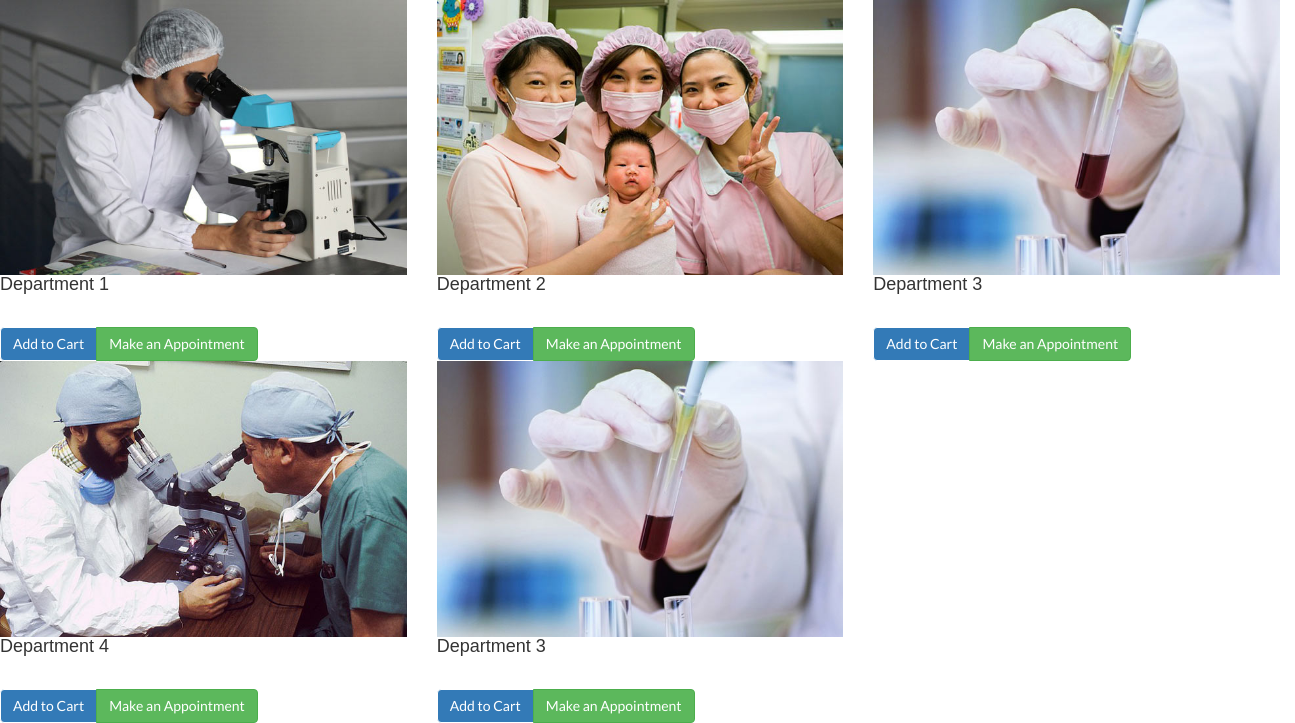
Repository: 72-faisal/work_to_do
Page: http://localhost/Khajina_Doctor/Department-home.jsp
An editor plug-in stored every save of this project. The page is shown before and after the next save, followed by the edit.
The browser window is 1280 px wide. The page is 1295 px wide, so the pictures cover 1295 px, including what lies to the right of the window. The pictures show the whole page.
Some web fonts or font styles are not loaded; a fallback is used. The page is served by Tomcat 9.

Above is the page before, as saved 2023-04-15 19:35:22.

After the next save:
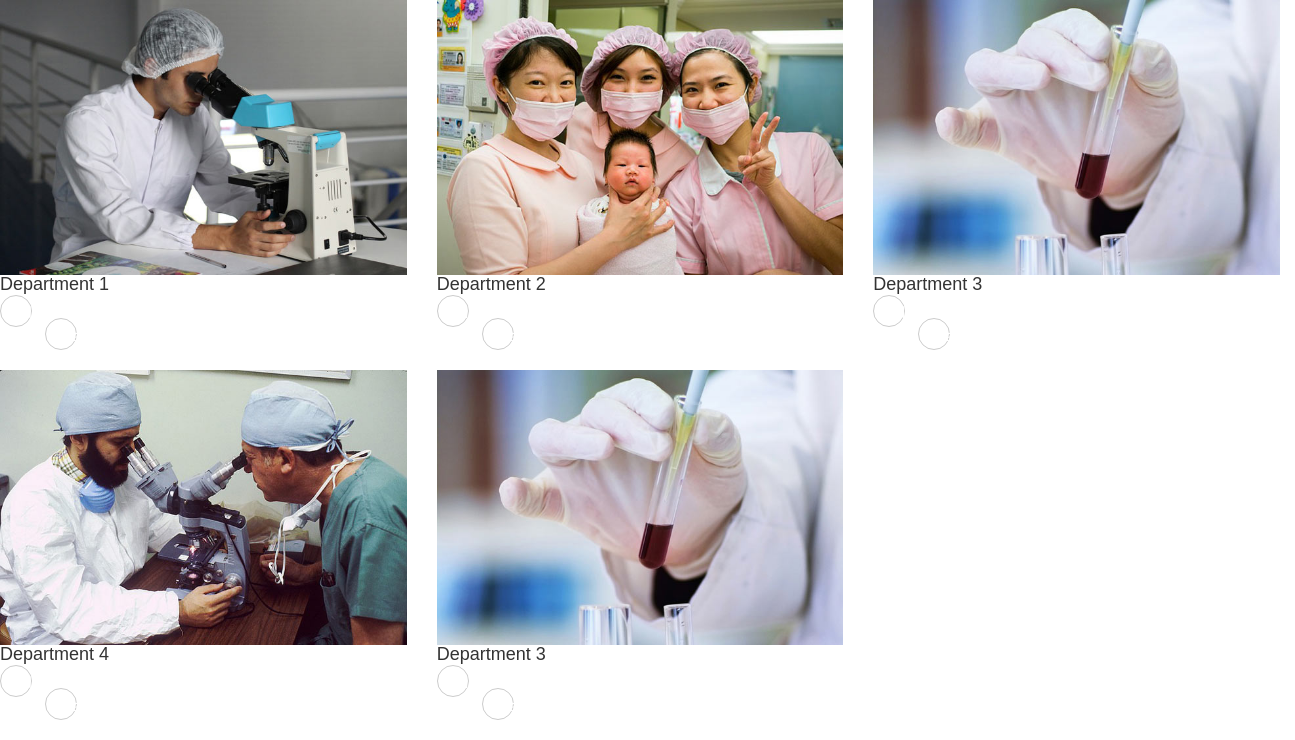
Saved 2 min 57 s later.
--- a/Khajina_Doctor/Khajina_Doctor/src/main/webapp/Department-home.jsp
+++ b/Khajina_Doctor/Khajina_Doctor/src/main/webapp/Department-home.jsp
@@ -28,90 +28,60 @@ Smartphone Compatible web template, free web designs for Nokia, Samsung, LG, Son
 <body>
 <div class="department-box">
     <div class="row">
-        <div class="col-md-4 department">
+        <div class="col-md-4 department" style="position:relative;">
             <img src="images/g1.jpg" alt=" " class="img-responsive" />
             <div class="overlay">
                 <h4>Department 1</h4>
                 <ul class="social_agileinfo">
-                    <li><a href="#" class="w3_facebook"><i class="fa fa-facebook"></i></a></li>
-                    <li><a href="#" class="w3_twitter"><i class="fa fa-twitter"></i></a></li>
-                    <li><a href="#" class="w3_instagram"><i class="fa fa-instagram"></i></a></li>
-                    <li><a href="#" class="w3_google"><i class="fa fa-google-plus"></i></a></li>
+                    <li style="display:inline-block; margin-right:10px;"><a href="#" class="w3_facebook" style="text-decoration:none; border:1px solid #ccc; padding:5px 10px;">Add to Cart</a></li>
+                    <li style="display:inline-block;"><a href="#" class="w3_twitter" style="text-decoration:none; border:1px solid #ccc; padding:5px 10px;">Make Appointment</a></li>
                 </ul>
-               <div class="btn-group" role="group">
-                    <button type="button" class="btn btn-primary">Add to Cart</button>
-                    <button type="button" class="btn btn-success">Make an Appointment</button>
-                </div>
             </div>
         </div>
-        <div class="col-md-4 department">
+        <div class="col-md-4 department" style="position:relative;">
             <img src="images/g2.jpg" alt=" " class="img-responsive" />
             <div class="overlay">
                 <h4>Department 2</h4>
                 <ul class="social_agileinfo">
-                    <li><a href="#" class="w3_facebook"><i class="fa fa-facebook"></i></a></li>
-                    <li><a href="#" class="w3_twitter"><i class="fa fa-twitter"></i></a></li>
-                    <li><a href="#" class="w3_instagram"><i class="fa fa-instagram"></i></a></li>
-                    <li><a href="#" class="w3_google"><i class="fa fa-google-plus"></i></a></li>
+                    <li style="display:inline-block; margin-right:10px;"><a href="#" class="w3_facebook" style="text-decoration:none; border:1px solid #ccc; padding:5px 10px;">Add to Cart</a></li>
+                    <li style="display:inline-block;"><a href="#" class="w3_twitter" style="text-decoration:none; border:1px solid #ccc; padding:5px 10px;">Make Appointment</a></li>
                 </ul>
-               <div class="btn-group" role="group">
-                    <button type="button" class="btn btn-primary">Add to Cart</button>
-                    <button type="button" class="btn btn-success">Make an Appointment</button>
-                </div>
             </div>
         </div>
-        <div class="col-md-4 department">
+        <div class="col-md-4 department" style="position:relative;">
             <img src="images/g3.jpg" alt=" " class="img-responsive" />
             <div class="overlay">
                 <h4>Department 3</h4>
                 <ul class="social_agileinfo">
-                    <li><a href="#" class="w3_facebook"><i class="fa fa-facebook"></i></a></li>
-                    <li><a href="#" class="w3_twitter"><i class="fa fa-twitter"></i></a></li>
-                    <li><a href="#" class="w3_instagram"><i class="fa fa-instagram"></i></a></li>
-                    <li><a href="#" class="w3_google"><i class="fa fa-google-plus"></i></a></li>
+                    <li style="display:inline-block; margin-right:10px;"><a href="#" class="w3_facebook" style="text-decoration:none; border:1px solid #ccc; padding:5px 10px;">Add to Cart</a></li>
+                    <li style="display:inline-block;"><a href="#" class="w3_twitter" style="text-decoration:none; border:1px solid #ccc; padding:5px 10px;">Make Appointment</a></li>
                 </ul>
-                <div class="btn-group" role="group">
-                    <button type="button" class="btn btn-primary">Add to Cart</button>
-                    <button type="button" class="btn btn-success">Make an Appointment</button>
-                </div>
             </div>
         </div>
     </div>
     <div class="row">
-        <div class="col-md-4 department">
+        <div class="col-md-4 department" style="position:relative;">
             <img src="images/g4.jpg" alt=" " class="img-responsive" />
             <div class="overlay">
                 <h4>Department 4</h4>
                 <ul class="social_agileinfo">
-                    <li><a href="#" class="w3_facebook"><i class="fa fa-facebook"></i></a></li>
-                    <li><a href="#" class="w3_twitter"><i class="fa fa-twitter"></i></a></li>
-                    <li><a href="#" class="w3_instagram"><i class="fa fa-instagram"></i></a></li>
-                    <li><a href="#" class="w3_google"><i class="fa fa-google-plus"></i></a></li>
+                    <li style="display:inline-block; margin-right:10px;"><a href="#" class="w3_facebook" style="text-decoration:none; border:1px solid #ccc; padding:5px 10px;">Add to Cart</a></li>
+                    <li style="display:inline-block;"><a href="#" class="w3_twitter" style="text-decoration:none; border:1px solid #ccc; padding:5px 10px;">Make Appointment</a></li>
                 </ul>
-               <div class="btn-group" role="group">
-                    <button type="button" class="btn btn-primary">Add to Cart</button>
-                    <button type="button" class="btn btn-success">Make an Appointment</button>
-                </div>
             </div>
         </div>
-         <div class="col-md-4 department">
+          <div class="col-md-4 department" style="position:relative;">
             <img src="images/g3.jpg" alt=" " class="img-responsive" />
             <div class="overlay">
                 <h4>Department 3</h4>
                 <ul class="social_agileinfo">
-                    <li><a href="#" class="w3_facebook"><i class="fa fa-facebook"></i></a></li>
-                    <li><a href="#" class="w3_twitter"><i class="fa fa-twitter"></i></a></li>
-                    <li><a href="#" class="w3_instagram"><i class="fa fa-instagram"></i></a></li>
-                    <li><a href="#" class="w3_google"><i class="fa fa-google-plus"></i></a></li>
+                    <li style="display:inline-block; margin-right:10px;"><a href="#" class="w3_facebook" style="text-decoration:none; border:1px solid #ccc; padding:5px 10px;">Add to Cart</a></li>
+                    <li style="display:inline-block;"><a href="#" class="w3_twitter" style="text-decoration:none; border:1px solid #ccc; padding:5px 10px;">Make Appointment</a></li>
                 </ul>
-               <div class="btn-group" role="group">
-                    <button type="button" class="btn btn-primary">Add to Cart</button>
-                    <button type="button" class="btn btn-success">Make an Appointment</button>
-                </div>
             </div>
         </div>
     </div>
+
 </div>
-<!-- //girds_agileits -->
 </body>
 </html>
